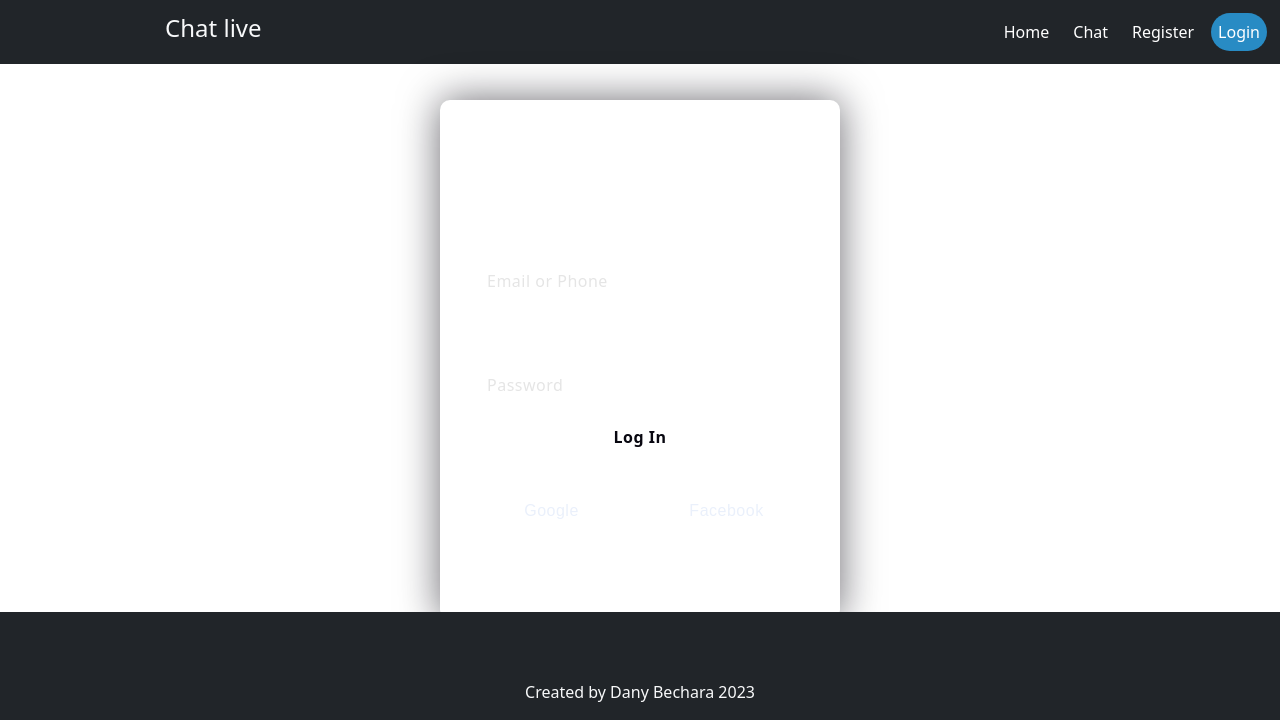
Repository: bechara611/chatv2
Page: /login
These files come from the project's save history. The page is drawn as it stood at one moment and after the next save; the edit follows.
The browser window is 1280 px wide. The pictures show the whole page.
The project was rebuilt for these pictures with package versions that can differ from the ones it lists, and the page was loaded fresh each time. Also part of the build but not shown: src/index.css, src/auth/components/register.jsx, src/ui/components/Home.jsx.

Above is the page before, as saved 2023-03-03 10:09:37.

### src/index.js
import React from 'react';
import ReactDOM from 'react-dom/client';
import './index.css';
import App from './App';
import { BrowserRouter } from 'react-router-dom';
import 'bootstrap/dist/css/bootstrap.min.css'
import 'bootstrap/dist/js/bootstrap.bundle.js'

const root = ReactDOM.createRoot(document.getElementById('root'));
root.render(
  <BrowserRouter>
    <App />
    </BrowserRouter>
);

### src/App.js
import React from 'react'
import { Rutas } from './Router/Routes';
import { Header } from './ui/components/Header';
import './App.css'
import { Footer } from './ui/components/Footer';
const App = () => {
  return (
    <>
      <div className="contenedor-completo">
        <Header></Header>
        <Rutas></Rutas>
       <Footer></Footer>

      </div>
    </>
  )
}
export default App;

### src/Router/Routes.jsx
import React from 'react'
import { Navigate, Route, Routes } from 'react-router-dom'
import { Login } from '../auth/components/login'
import { Register } from '../auth/components/register'
import { Home } from '../ui/components/Home'

export const Rutas = () => {

    return (

        <Routes>
            <Route path='/' element={<Home></Home>}></Route>
            <Route path='/login' element={<Login></Login>}></Route>
            <Route path='/register' element={<Register></Register>}></Route>
            <Route path='/chat' element={<h1>chat</h1>}></Route>
            <Route path='/*' element={<Navigate to={'/'}></Navigate>}></Route>
        </Routes>

    )
}

### src/ui/components/Header.jsx
import React from 'react'
import { NavLink } from 'react-router-dom'
import './Header.css'
export const Header = () => {
  return (
    <>

      <div className=" bg-dark contenedor-header col-12">
        <div className="titulo-header col-sm-4 col-12">
          <h4 className='text-light'>Chat live</h4>

        </div>
        <div className="col-sm-8 col-12  contenedor-menu">
          <nav className=' m-2 nav'>

            <NavLink className={ ({isActive}) => `item-menu  ${ isActive ? 'activeLink':'' }` } to={'/'} >Home</NavLink>
            <NavLink className={ ({isActive}) => `item-menu  ${ isActive ? 'activeLink':'' }` } to={'/chat'} >Chat</NavLink>
            <NavLink className={ ({isActive}) => `item-menu  ${ isActive ? 'activeLink':'' }` } to={'/register'} >Register</NavLink>
            <NavLink className={ ({isActive}) => `item-menu  ${ isActive ? 'activeLink':'' }` } to={'/login'} >Login</NavLink>
            </nav>
        </div>




      </div>
    </>

  )
}

### src/App.css
.contenedor-completo{
    min-height: 100vh;
   position: relative;
}

### src/ui/components/Footer.jsx
import React from 'react'
import './Footer.css'


let linkdn="https://linkedin.com/in/DanyBechara";
let correo="mailto:bechara611@gmail.com";
let blank='_blank';
let github='https://github.com/bechara611';
let whatssap='https://wa.me/584120361952';

export const Footer = () => {
  return (
    <>
      {/*Aca este footer le estamos colocando una posicion absolute y a su padre relativa para poder ubicarlo al final de su div padre */}
      <div className="footer col-12 mt-5 pt-1 bg-dark">
      <a href={linkdn} target={blank} className='animate__animated animate__lightSpeedInLeft'><i className=" linkdin fa-brands fa-linkedin iconoRedes"></i></a>
      <a href={whatssap} target={blank}  className='animate__animated animate__lightSpeedInLeft'><i className="whatssap fa-brands fa-whatsapp iconoRedes"></i></a>
      <a href={correo} target={blank}  className='animate__animated animate__lightSpeedInLeft'><i className="gmail fa-solid  fa-envelope iconoRedes"></i></a>
      <a href={github} target={blank}  className='  animate__animated animate__lightSpeedInLeft'><i className=" github fa-brands fa-github iconoRedes"></i></a>

     <div className="col-12 contenedor-mensaje-footer mt-1">
     <div className="col-12 contenedor-mensaje-footer">
     <p className='mensaje text-light'>Created by Dany Bechara {new Date().getFullYear().toString()}</p>
     </div>

     </div>
      </div>
    </>

  )
}

### src/auth/components/login.jsx
import React from 'react'
import './login.css'
export const Login = () => {
    return (
        <>

            <form>
                <h3>Login Here</h3>

                <label htmlFor="username">Username</label>
                <input type="text" placeholder="Email or Phone" id="username"></input>

                <label htmlFor="password">Password</label>
                <input type="password" placeholder="Password" id="password"></input>

                <button>Log In</button>
                <div className="social">
                    <div className="go"><i className="fab fa-google"></i>  Google</div>
                    <div className="fb"><i className="fab fa-facebook"></i>  Facebook</div>
                </div>
            </form>

        </>
    )
}

### src/ui/components/Header.css
.contenedor-header{
    display: flex;
    flex-direction: row;
    flex-wrap: wrap;
}
.titulo-header{
    text-align: center;
    padding: 5px;
    display: flex;
    flex-direction: row;
    justify-content: center;
    align-items: center;
    align-self: center;
}
.contenedor-menu{
    display: flex;
    flex-direction: row;
    flex-wrap: nowrap;
    justify-content: flex-end;

}
.item-menu{
   margin: 5px;
   text-decoration: none;
   color: white;
  transition: all 1s ease;
   padding: 7px;
   border-radius: 20px;
}
.activeLink{
    background: rgb(40, 139, 196);
}
.item-menu:hover{
    text-decoration: none;
    background: rgb(40, 139, 196);
    color: white;
}

@media(max-width:577px){
.contenedor-menu{
        justify-content: center;
        text-align: center;
        align-self: center;
        align-items: center;
        flex-wrap: nowrap;
    }
    .nav{
        justify-content: center;
        text-align: center;
        align-self: center;
        align-items: center;
        flex-wrap: nowrap;
    }
    .item-menu{
    padding: 0px;
    }
}

### src/ui/components/Footer.css
.footer {

    background: #e5e5e5;
    position: absolute;
    bottom: 0%;
    display: flex;
    flex-direction: row;
    justify-content: center;
    text-align: center;
    align-items: center;
    justify-items: center;
    flex-wrap: wrap;

}


.iconoRedes {
    font-size: 40px;
    padding-left: 10px;
    margin: 5px;

}

.github:hover {
    color: #4b3074;

}
.github{
    color: #6e5494;
}

.whatssap:hover {
    color: #0c903c;
}
.whatssap{
    color: #25d366;

}

.gmail:hover {
    color: #e65f5f;
}

.gmail{
    color: #cc0000;
}

.linkdin:hover {
    color: #0780ac;
}

.linkdin{
    color: #0377a1;
}

.contenedor-mensaje-footer {
    display: flex;
    flex-direction: row;
    justify-content: center;
    text-align: center;
    align-items: center;
    justify-items: center;
}

/*?RESPONSIVE*/

@media(max-width:255px) {
    .iconoRedes {
        font-size: 30px;
        padding-left: 5px;
    }

    .mensaje {
        font-size: 10px;
    }
}

### src/auth/components/login.css
*,
*:before,
*:after{
    padding: 0;
    margin: 0;
    box-sizing: border-box;
}


form{

    height: 520px;
    width: 400px;
    background-color: rgba(255,255,255,1);
    position: absolute;
    transform: translate(-50%,-50%);
    top: 50%;
    left: 50%;
    border-radius: 10px;
    backdrop-filter: blur(10px);
    border: 2px solid rgba(255,255,255,0.1);
    box-shadow: 0 0 40px rgba(8,7,16,0.6);
    padding: 50px 35px;
}
form *{
    font-family: 'Poppins',sans-serif;
    color: #ffffff;
    letter-spacing: 0.5px;
    outline: none;
    border: none;
}
form h3{
    font-size: 32px;
    font-weight: 500;
    line-height: 42px;
    text-align: center;
}

label{
    display: block;
    margin-top: 30px;
    font-size: 16px;
    font-weight: 500;
}
input{
    display: block;
    height: 50px;
    width: 100%;
    background-color: rgba(255,255,255,0.07);
    border-radius: 3px;
    padding: 0 10px;
    margin-top: 8px;
    font-size: 14px;
    font-weight: 300;
}
::placeholder{
    color: #e5e5e5;
}
button{
    margin-top: 50px;
    width: 100%;
    background-color: #ffffff;
    color: #080710;
    padding: 15px 0;
    font-size: 18px;
    font-weight: 600;
    border-radius: 5px;
    cursor: pointer;
}
.social{
  margin-top: 30px;
  display: flex;
}
.social div{
  background: red;
  width: 150px;
  border-radius: 3px;
  padding: 5px 10px 10px 5px;
  background-color: rgba(255,255,255,0.27);
  color: #eaf0fb;
  text-align: center;
}
.social div:hover{
  background-color: rgba(255,255,255,0.47);
}
.social .fb{
  margin-left: 25px;
}
.social i{
  margin-right: 4px;
}

After the next save:
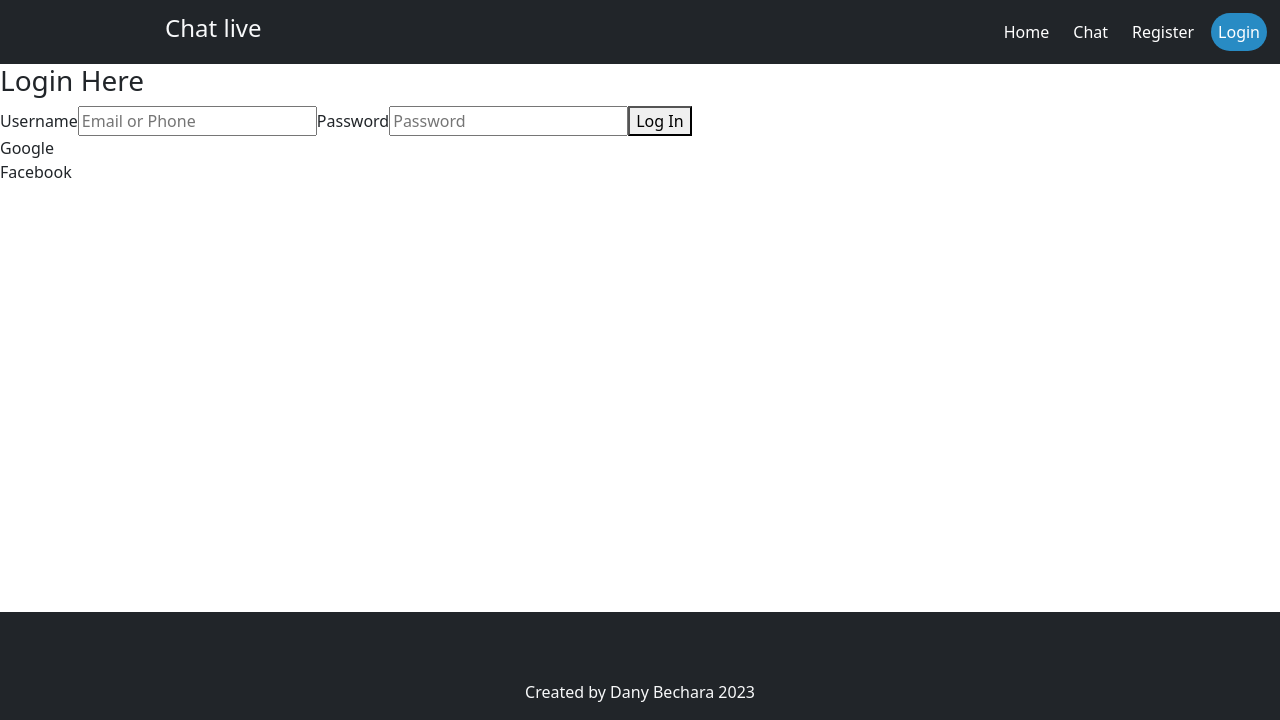
Saved 9 s later.
--- a/src/auth/components/login.jsx
+++ b/src/auth/components/login.jsx
@@ -1,5 +1,5 @@
 import React from 'react'
-import './login.css'
+
 export const Login = () => {
     return (
         <>

After the save that followed:
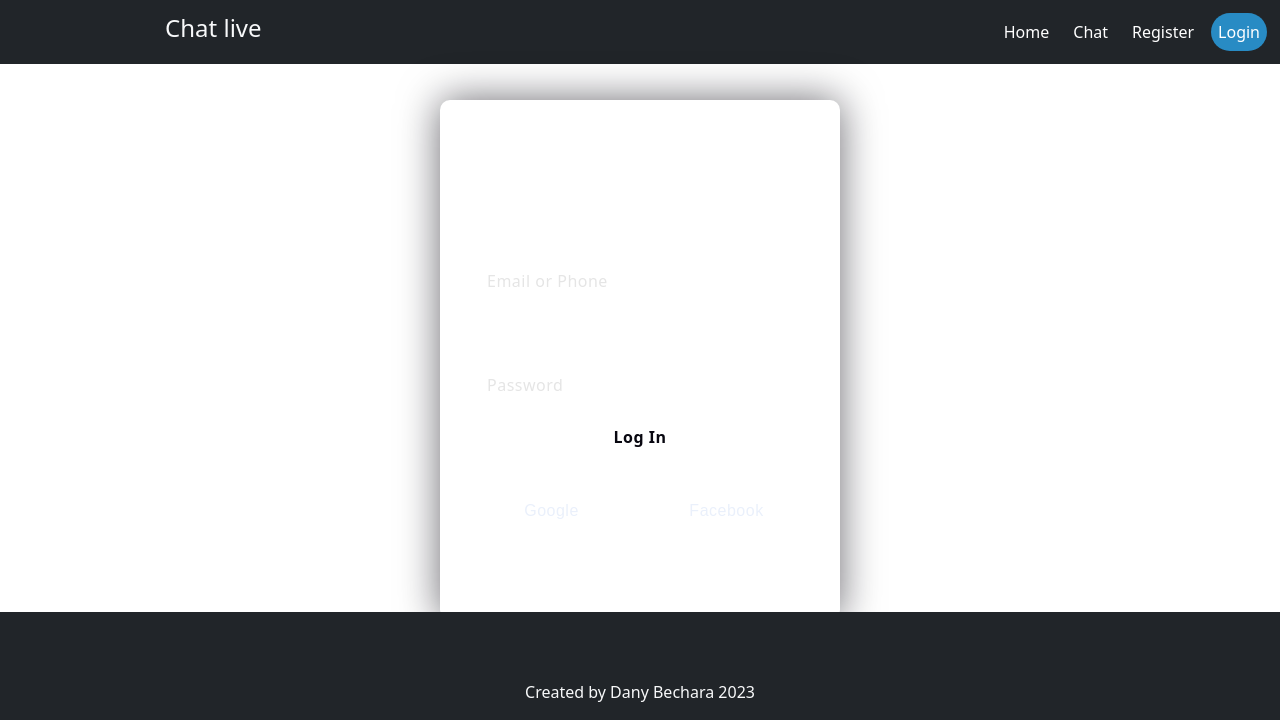
Saved 5 s later.
--- a/src/auth/components/login.jsx
+++ b/src/auth/components/login.jsx
@@ -1,5 +1,5 @@
 import React from 'react'
-
+import './login.css'
 export const Login = () => {
     return (
         <>
